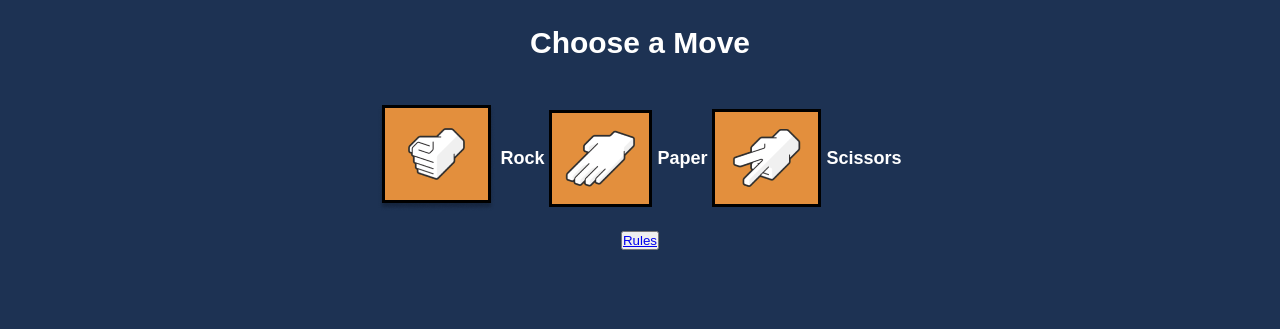
Repository: MikkyPrestige/rock-paper-scissors
Page: game.html
These files come from the project's save history. The page is drawn as it stood at one moment and after the next save; the edit follows.
The browser window is 1280 px wide. The pictures show the whole page.

Above is the page before, as saved 2023-05-08 06:25:38.

After the next save:
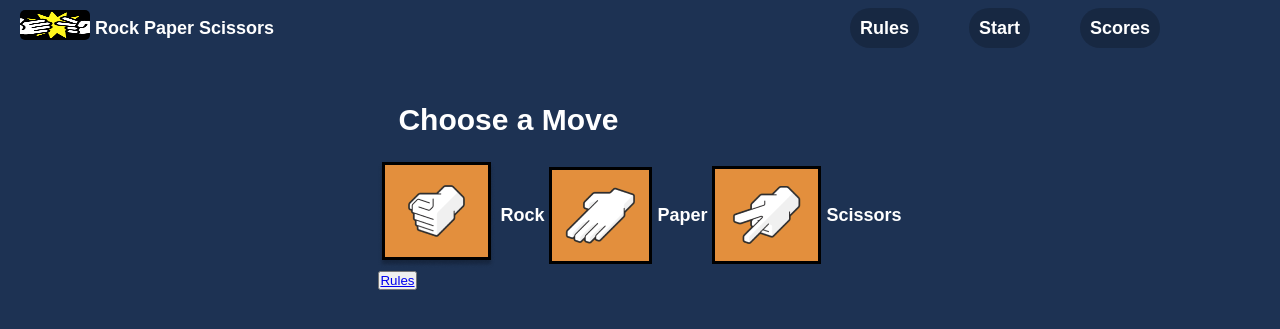
Saved 51 s later.
--- a/game.html
+++ b/game.html
@@ -11,7 +11,23 @@
 
 <body>
   <main>
-    <h1 class="game--title">Choose a Move</h1>
+    <header>
+      <figure>
+        <a href="/">
+          <img src="./img/logo.png" alt="Logo" class="logo">
+        </a>
+        <figcaption>Rock Paper Scissors</figcaption>
+      </figure>
+      <nav>
+        <ul>
+          <li><a href="#rule">Rules</a></li>
+          <li><a href="./game.html">Start</a></li>
+          <li><a href="#">Scores</a></li>
+        </ul>
+      </nav>
+    </header>
+    <section class="game">
+      <h1 class="game--title">Choose a Move</h1>
     <figure>
       <img src="./img/rock.png" alt="Rock image">
       <figcaption>Rock</figcaption>
@@ -23,6 +39,7 @@
     <button class="rule-btn">
       <a href="./index.html#rule">Rules</a>
     </button>
+    </section>
   </main>
 </body>
 
